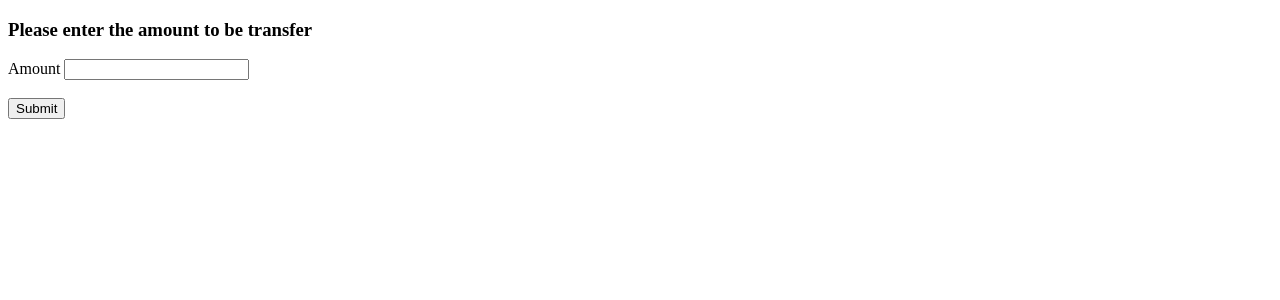
Repository: KGDarshan/BankApplication
Page: CaravanBanking/WebContent/Transfer.html
An editor plug-in stored every save of this project. The page is shown before and after the next save, followed by the edit.
The browser window is 1280 px wide. The pictures show the whole page.

Above is the page before, as saved 2020-10-09 13:22:33.

### CaravanBanking/WebContent/Transfer.html
<!DOCTYPE html>
<html>
<head>
<meta charset="ISO-8859-1">
<title>Transfer Amount Page</title>
</head>
<body>
<h3>Please enter the amount to be transfer</h3>
<form action="Transfer">
<label>Amount</label>
<input type="text" name="amt"><br><br>
<input type="submit">
</form>
</body>
</html>

After the next save:
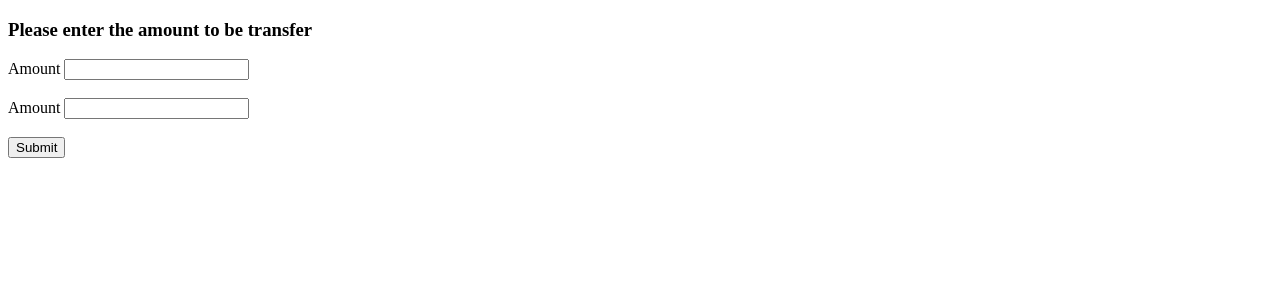
Saved 91 s later.
--- a/CaravanBanking/WebContent/Transfer.html
+++ b/CaravanBanking/WebContent/Transfer.html
@@ -9,6 +9,8 @@
 <form action="Transfer">
 <label>Amount</label>
 <input type="text" name="amt"><br><br>
+<label>Amount</label>
+<input type="text" name="amt"><br><br>
 <input type="submit">
 </form>
 </body>
